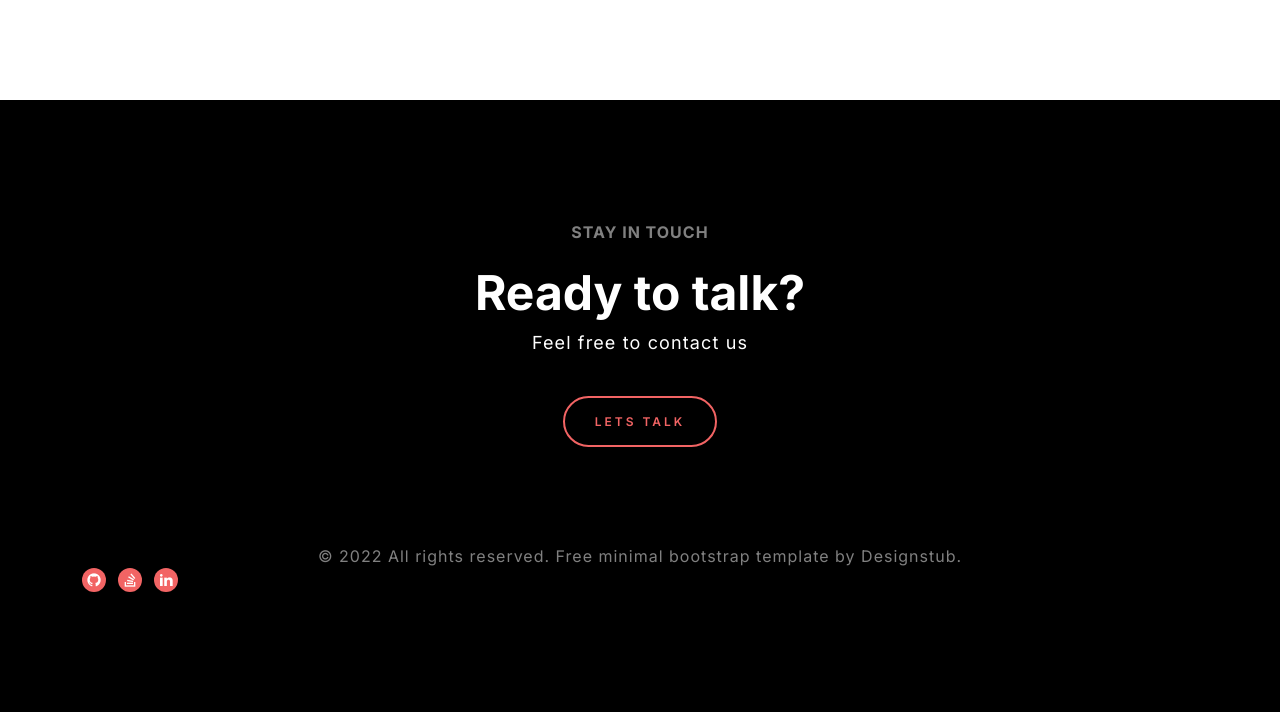
Repository: lxcxcxlxmb/portfolio
Page: index.html
An editor plug-in stored every save of this project. The page is shown before and after the next save, followed by the edit.
The browser window is 1280 px wide. The pictures show the part of the page from y = 3246 to 3958 px (the page is 3958 px tall).
A picture or video elsewhere on the page could not be fetched, so the positions and the page height are approximate.

Above is the page before, as saved 2022-05-24 19:55:21.

### index.html

<!doctype html>
<html lang="en">
  <head>
    <!-- Required meta tags -->
    <meta charset="utf-8">
    <meta name="viewport" content="width=device-width, initial-scale=1">
      <!-- Google Fots -->
     <link rel="preconnect" href="https://fonts.googleapis.com">
    <link rel="preconnect" href="https://fonts.gstatic.com" crossorigin>
    <link href="https://fonts.googleapis.com/css2?family=Inter:wght@100;200;300;400;500;600;700;800;900&display=swap" rel="stylesheet">
      <!-- Remixicon Icon -->
      <link href="https://cdn.jsdelivr.net/npm/remixicon@2.5.0/fonts/remixicon.css" rel="stylesheet">
      <!-- Remixicon Icon -->
      <!-- Bootstrap CSS -->
      <link href="https://cdn.jsdelivr.net/npm/bootstrap@5.0.2/dist/css/bootstrap.min.css" rel="stylesheet" integrity="sha384-EVSTQN3/azprG1Anm3QDgpJLIm9Nao0Yz1ztcQTwFspd3yD65VohhpuuCOmLASjC" crossorigin="anonymous">
      <link href="https://unpkg.com/aos@2.3.1/dist/aos.css" rel="stylesheet">
      <!-- Main CSS -->
      <link href="styles.css" rel="stylesheet">


    <title>Defolio - Bootstrap 5 html resume template </title>
  </head>
  <body>

    <!-- header -->
    <header class="ds-header" id="site-header">
        <div class="container">
            <div class="ds-header-inner">
              <!-- logo -->
              <a href="index.html" class="ds-logo">
                <span>L</span>Luca Colombo
              </a>
              <!-- logo -->
              <!-- social -->
              <ul class="ds-social">
                <li><a href="#" target="_blank"><i class="ri-github-fill"></i></a></li>
                <li><a href="#" target="_blank"><i class="ri-stack-overflow-line"></i></a></li>
                <li><a href="#" target="_blank"><i class="ri-linkedin-fill"></i></a></li>
              </ul>
              <!-- social -->
            </div>
        </div>
    </header>
    <!-- header -->
    <!-- banner -->
    <div class="ds-banner">
      <div class="container">
        <div class="row">
          <div class="col-12 col-sm-12 col-md-5 col-lg-5 col-xl-5 col-xxl-5">
            <figure>
              <img src="assets/images/profile-image.jpg">
            </figure>
          </div>
          <div class="col-12 col-sm-12 col-md-7 col-lg-7 col-xl-7 col-xxl-7">
            <section>
                <h1>
                  <span>HI THERE</span>
                  I’m Jason Stroff <br> UI/UX DESIGNER + DEVELOPER based in Florida.
                </h1>
                <ul class="ds-numbervalulist">
                  <li>
                    <strong>6+</strong>
                    <span>Experience</span>
                  </li>
                  <li>
                    <strong>2,3</strong>
                    <span>Projects</span>
                  </li>
                  <li>
                    <strong>0</strong>
                    <span>Clientes felizes (por enquanto)</span>
                  </li>
                </ul>
            </section>
          </div>
        </div>
      </div>
    </div>
    <!-- banner -->

    <!-- about -->
    <div class="ds-about-section">
      <div class="container">
        <section>
            <h2 class="ds-heading">About Me</h2>
            <p>Lorem ipsum dolor sit amet, consectetur adipiscing elit. Duis interdum ante a porta blandit. Quisque velit tortor, ultricies in quam ut, luctus convallis metus. Nunc vitae felis rutrum, mattis justo quis, bibendum tellus. Integer bibendum eget dolor nec venenatis. Aliquam erat volutpat. Etiam et est vitae turpis accumsan vulputate. Curabitur et vehicula nisl, eu congue dolor. Vivamus nec hendrerit mi Nulla consequat tempor.</p>
            <div class="ds-button-sec text-center">
                <a href="#" class="ds-button">Download Resume</a>
            </div>
        </section>
      </div>
    </div>
    <!-- about -->

    <!--  Skills -->
    <div class="ds-skills-section">
      <div class="container">
        <div class="row">
          <div class="col-12 col-sm-12 col-md-6 col-lg-6 col-xl-6 col-xxl-6">
             <h2 class="ds-heading">Core Skills</h2>
             <ul class="ds-skills-list">
               <li>Github</li>
               <li>HTML</li>
             </ul>
          </div>
          <div class="col-12 col-sm-12 col-md-6 col-lg-6 col-xl-6 col-xxl-6">
            <h2 class="ds-heading">Other Skills</h2>
            <ul class="ds-skills-list">
              <li>Responsive Web Design</li>
            </ul>
          </div>
        </div>
      </div>
    </div>
    <!--  Skills -->

   <!-- Experience -->
   <div class="ds-experience-section">
     <div class="container">
        <h2 class="ds-heading">Work Experience</h2>
        <div class="row ds-experience-list">
            <div class="col-12 col-sm-12 col-md-6 col-lg-6 col-xl-6 col-xxl-6">
              <section>
                <span class="ds-year">2019 - Present</span>
                <h3 class="ds-officename">Matrix Media Inc</h3>
                <span class="ds-department">Full Stack developer</span>
                <p>Lorem ipsum dolor sit amet, consectetur adipiscing elit. Duis quis sem maximus, ornare metus ut, congue enim. Sed fermentum.</p>
                <ul>
                  <li>Lorem ipsum dolor sit amet, consectetur adipiscing elit. Duis quis sem maximus, ornare metus ut.</li>
                  <li>Lorem ipsum dolor sit amet, consectetur adipiscing elit.</li>
                </ul>
              </section>
            </div>
            <div class="col-12 col-sm-12 col-md-6 col-lg-6 col-xl-6 col-xxl-6">
              <section>
                <span class="ds-year">2018 - 2019</span>
                <h3 class="ds-officename">Lexind</h3>
                <span class="ds-department">Senior app developer</span>
                <p>Lorem ipsum dolor sit amet, consectetur adipiscing elit. Duis quis sem maximus, ornare metus ut, congue enim. Sed fermentum.</p>
                <ul>
                  <li>Lorem ipsum dolor sit amet, consectetur adipiscing elit. Duis quis sem maximus, ornare metus ut.</li>
                  <li>Lorem ipsum dolor sit amet, consectetur adipiscing elit.</li>
                  <li>Lorem ipsum dolor sit amet, consectetur adipiscing elit. Duis quis sem maximus, ornare metus ut.</li>
                </ul>
              </section>
            </div>
        </div>
     </div>
   </div>
    <!-- Experience -->

   <!--  Work -->
   <div class="ds-work-section">
     <div class="container">
          <h2 class="ds-heading">Latest works</h2>
          <div class="ds-work-list-section">
            <div class="ds-work-list">
              <div class="row">
                  <div class="col-12 col-sm-12 col-md-7 col-lg-7 col-xl-7 col-xxl-7">
                      <section>
                          <h3 class="ds-work-tilte">Tripy mobile app</h3>
                          <p>Lorem ipsum dolor sit amet, consectetur adipiscing elit. Duis quis sem maximus, ornare metus ut, congue enim. Sed fermentum nulla tellus, quis efficitur mauris tristique efficitur. Aliquam rhoncus sem sed ullamcorper venenatis. Aenean malesuada eu orci non sodales. </p>
                          <a href="works-setails.html" class="ds-button">Details</a>
                      </section>
                  </div>
                  <div class="col-12 col-sm-12 col-md-5 col-lg-5 col-xl-5 col-xxl-5">
                      <figure><img src="assets/images/work-1.jpg"></figure>
                  </div>
              </div>
            </div>
            <div class="ds-work-list">
              <div class="row">
                  <div class="col-12 col-sm-12 col-md-7 col-lg-7 col-xl-7 col-xxl-7">
                      <section>
                          <h3 class="ds-work-tilte">Hello mobile app</h3>
                          <p>Lorem ipsum dolor sit amet, consectetur adipiscing elit. Duis quis sem maximus, ornare metus ut, congue enim. Sed fermentum nulla tellus, quis efficitur mauris tristique efficitur. Aliquam rhoncus sem sed ullamcorper venenatis. Aenean malesuada eu orci non sodales. </p>
                          <a href="works-setails.html" class="ds-button">Details</a>
                      </section>
                  </div>
                  <div class="col-12 col-sm-12 col-md-5 col-lg-5 col-xl-5 col-xxl-5">
                      <figure><img src="assets/images/work-2.jpg"></figure>
                  </div>
              </div>
            </div>
            <div class="ds-work-list">
              <div class="row">
                  <div class="col-12 col-sm-12 col-md-7 col-lg-7 col-xl-7 col-xxl-7">
                      <section>
                          <h3 class="ds-work-tilte">Cute cookies app</h3>
                          <p>Lorem ipsum dolor sit amet, consectetur adipiscing elit. Duis quis sem maximus, ornare metus ut, congue enim. Sed fermentum nulla tellus, quis efficitur mauris tristique efficitur. Aliquam rhoncus sem sed ullamcorper venenatis. Aenean malesuada eu orci non sodales. </p>
                          <a href="works-setails.html" class="ds-button">Details</a>
                      </section>
                  </div>
                  <div class="col-12 col-sm-12 col-md-5 col-lg-5 col-xl-5 col-xxl-5">
                       <figure><img src="assets/images/work-3.jpg"></figure>
                  </div>
              </div>
            </div>
          </div>
     </div>
   </div>
   <!--  Work -->

   <!--  footer -->
   <footer class="ds-footer text-center">
     <div class="container">
        <section>
          <span>Stay in touch</span>
          <h4>Ready to talk?</h4>
          <p>Feel free to contact us</p>
          <a href="mailto:test@test.com" class="ds-button">Lets Talk</a>
        </section>
        <span class="ds-copyright">© 2022 All rights reserved. Free minimal bootstrap template by <a href="https://designstub.com/" target="_blank">Designstub</a>.</span>
        <ul class="ds-social">
          <li><a href="#" target="_blank"><i class="ri-github-fill"></i></a></li>
          <li><a href="#" target="_blank"><i class="ri-stack-overflow-line"></i></a></li>
          <li><a href="#" target="_blank"><i class="ri-linkedin-fill"></i></a></li>
        </ul>
     </div>
   </footer>

  </body>
</html>

### styles.css
/*
Theme Name: Jason Stroff

  1. >>> Headr Style
  2. >>> Banner Style
  3. >>> About Style
  4. >>> Skills Style
  5. >>> Experience Style
  6. >>> Work Style
  7. >>> Footer Style

*/
/*--------------------------------------------------------------
>>> TABLE OF CONTENTS:
----------------------------------------------------------------*/
html {font-family: 'Inter', sans-serif;background-color:#FFF}
body {font-family: 'Inter', sans-serif;overflow-x: hidden; background-color:#FFF; font-weight:400;font-style: normal; color:#373737; font-size:14px}
a,a:hover,a:focus,i,input,button,input:focus,.transition {text-decoration: none;outline: none;transition-delay: 0s;transition-duration: 0.4s;transition-property: all;transition-timing-function: ease;box-shadow: none;}
a{color: #000}
iframe {border: 0;outline: none;}
::-moz-selection {background:#000;text-shadow: none;color:#FFF}
::selection {background:#000;text-shadow: none;color:#FFF}
img {max-width: 100%;border: none;outline: none;height: auto;}
input,textarea {border-radius: 0;resize: none;}
ul {padding: 0;margin: 0;}
@font-face {
font-family: 'Inter', sans-serif;}
input:-webkit-autofill, textarea:-webkit-autofill, select:-webkit-autofill {background-color: transparent;background-image: none;color:#000;}
/* 1.2 Typography */
h1,h2,h3,h4,h5,h6 {font-family: 'Inter', sans-serif;}
figure{ margin: 0 }
svg,img { max-width: 100%; height: auto; }

/*-----------------------------------------------------------------
  1. >>> Headr Style
----------------------------------------------------------------*/
.ds-header{ position: fixed; top: 0; width: 100%; z-index: 5; background-color: #FFF; padding: 70px 0;transition-delay: 0s;transition-duration: 0.4s;transition-property: all;transition-timing-function: ease; }
.ds-header.ds-fixed-header{ padding:20px 0;box-shadow: 0px 0px 20px rgba(0, 0, 0, 0.25); }
.ds-header-inner{ display: flex; justify-content: space-between; align-items: center; }
.ds-logo{ text-transform: uppercase; font-size: 18px; letter-spacing: 3px; color: #000; display: flex; align-items: center; }
.ds-logo span{ display:flex; align-items: center; justify-content: center; width: 40px; height: 40px; background-color: #000; border-radius: 4px; color: #FFF; font-size: 22px; font-weight: 600; text-align: center; margin-right: 12px; }
.ds-logo:hover{ color: #000; }

.ds-social{ list-style: none; display: flex; align-items: center; flex-wrap: wrap; }
.ds-social li{ margin-left: 12px; }
.ds-social li:first-child{ margin-left: 0; }
.ds-social li a{ border-radius: 100%; color: #FFF; width: 24px; height: 24px; background-color: #F26464; display:flex; justify-content: center; align-items: center; text-align: center; font-size: 16px; }
.ds-social li a:hover{ background-color: #000; color: #FFF; }
/*-----------------------------------------------------------------
  2. >>> Banner Style
----------------------------------------------------------------*/
.ds-banner section{ padding-left: 70px; padding-right: 100px; }
.ds-banner section h1 span{ display: block; text-transform: uppercase; letter-spacing: 1px;  font-weight: 500; font-size: 16px; padding-bottom: 30px; }
.ds-banner section h1{ font-weight: 600; font-size: 48px; line-height: 60px; color: #000; }
.ds-numbervalulist{ list-style: none; display: flex; align-items: center; flex-wrap: wrap; margin: 0; padding: 0; margin-top: 60px; }
.ds-numbervalulist li{ margin-right: 60px; }
.ds-numbervalulist li:last-child{ margin-right: 0; }
.ds-numbervalulist strong{ display: block; color: #F26464; font-size: 36px; font-weight: 800; }
.ds-numbervalulist span{ font-size: 16px; letter-spacing: 1px; }
/*-----------------------------------------------------------------
  3. >>> About Style
----------------------------------------------------------------*/
.ds-about-section{ padding-top: 60px; padding-bottom: 120px; }
.ds-heading{ display: inline-block; font-weight: 700; color: #000; text-transform: uppercase; letter-spacing: 1px; font-size: 16px; border-bottom: 3px solid #F26464; padding-bottom: 7px; margin-bottom: 23px; }
.ds-about-section p{ color: #373737; font-size: 24px; line-height: 40px; font-weight: 300; margin-bottom: 60px; }

.ds-button{ display: inline-block; text-transform: uppercase;font-size: 12px;line-height: 13px;font-weight: 600;letter-spacing: 3px; color:#F26464; padding:17px 30px;  border: 2px solid #F26464;border-radius: 60px; }
.ds-button:hover{ background-color:#F26464 ; color: #FFF; }
.ds-arrow-button i{ display: inline-block; vertical-align: middle; }
/*-----------------------------------------------------------------
  4. >>> Skills Style
----------------------------------------------------------------*/
.ds-skills-section{ padding-bottom: 105px; }
.ds-skills-list{ list-style: none; padding: 0; margin: 0; display: flex; flex-wrap: wrap; align-items: center; margin-top: 11px; }
.ds-skills-list li{ display: inline-block; color: #373737; font-size: 16px; padding:10px 20px; background-color: #FFF; border: 1px solid #D7D7D7;
  border-radius: 27px; margin-right: 15px; margin-bottom: 15px;  font-weight: 500;}

/*-----------------------------------------------------------------
  5. >>> Experience Style
----------------------------------------------------------------*/
.ds-experience-section{ padding-bottom: 120px; }
.ds-experience-list section{ padding-right: 70px; }
.ds-experience-list{ padding-top: 15px; }
.ds-officename{ font-size: 24px; font-weight: 300; margin-bottom:10px; }
.ds-experience-list span{ display: block; }
span.ds-year{ color: #373737; font-size: 14px; font-weight: 700; padding-bottom: 10px; }
span.ds-department{ color: #373737; font-weight: 500; font-size: 18px; padding-bottom: 30px; }
.ds-experience-list p{ font-size: 16px; line-height: 24px; font-weight: 300; }
.ds-experience-list ul{ list-style: none; padding: 0; margin: 0; padding-top: 10px; }
.ds-experience-list ul li{font-size: 16px; line-height: 24px; font-weight: 300; padding-left: 28px; position:relative; margin-bottom: 20px;}
.ds-experience-list ul li:before{ content: ""; position: absolute; left: 0; top: 10px; border-radius: 100%; width: 8px; height: 8px; background-color: #373737; }
/*-----------------------------------------------------------------
  6. >>> Work Style
----------------------------------------------------------------*/
.ds-work-section{ padding-bottom: 80px; }
.ds-work-list{ padding-left: 70px; padding-top:40px; padding-right: 70px; background-color:#F6F8FA; margin-bottom: 40px; }
.ds-work-list section{ padding-top: 20px; padding-right: 120px; }
.ds-work-tilte{ color: #000; font-size: 30px; line-height: 36px; font-weight: 600; margin-bottom: 30px; }
.ds-work-list p{ font-weight: 300; font-size: 18px; line-height: 30px; }
.ds-work-list .ds-button{ margin-top: 20px; }

.ds-work-det-hed{ padding-top: 42px; padding-bottom: 80px; }
.ds-work-det-title{ font-weight: 600; color:#000; font-size: 48px; margin-bottom: 20px; }
.ds-work-det-dep{ display:block;font-weight: 600; color: #000; font-size: 18px; }
.ds-work-content-sec{ padding: 100px 0; }
.ds-work-content-sec p{ font-size: 18px; line-height: 36px; margin-bottom: 30px; }
.ds-work-content-sec h2{ font-size: 30px; font-weight: 700; margin-bottom: 30px; }
.ds-work-content-sec ul{ list-style: none; padding: 0; margin: 0; }
.ds-work-content-sec li{font-size: 18px; line-height: 36px;  padding-left: 28px; position:relative; margin-bottom: 20px;}
.ds-work-content-sec li:before{ content: ""; position: absolute; left: 0; top: 13px; border-radius: 100%; width: 8px; height: 8px; background-color: #373737; }
/*-----------------------------------------------------------------
  7. >>> Footer Style
----------------------------------------------------------------*/
.ds-footer{ background-color: #000; padding: 120px 0; }
.ds-footer section { padding-bottom: 97px; }
.ds-footer section span{ color: rgba(255,255,255,0.5); text-transform: uppercase; font-weight: 700; font-size: 16px; letter-spacing: 1px; display: block; padding-bottom: 20px; }
.ds-footer section  h4{ color: #FFF; font-size: 48px; font-weight: 700; }
.ds-footer section p{ letter-spacing: 1.13px; color: #FFF; font-size: 18px; margin-bottom: 40px; }
.ds-copyright{ color: rgba(255,255,255,0.5); letter-spacing: 1px; font-size: 16px; }
.ds-copyright a{color: rgba(255,255,255,0.5);}
.ds-copyright a:hover{ color: #F26464; }



/*-------------------------------------------------------------------------------
 Responsive XS Style @media (max-width: 767px)
-------------------------------------------------------------------------------*/
@media (max-width: 768px) {
	.ds-header,.ds-header.ds-fixed-header{ padding: 15px 0; }
	.ds-banner,.ds-about-section,.ds-skills-section,.ds-experience-section,.ds-work-section,.ds-work-details-section{ padding-left: 10px; padding-right: 10px; }
	.ds-logo{ font-size: 0; }
	.ds-banner figure{ padding: 30px 0; }
	.ds-banner section{ padding-left: 0;padding-right: 0; }
	.ds-banner section h1 span{ padding-bottom: 0; }
	.ds-banner section h1,.ds-work-det-title{ font-size: 30px; line-height: 40px; }
	.ds-numbervalulist{ margin-top: 20px; }
	.ds-numbervalulist li{ margin-right: 30px; }
	.ds-numbervalulist strong{ font-size: 30px; }
	.ds-numbervalulist span{ font-size: 14px; }
	.ds-about-section{ padding-bottom: 60px; }
	.ds-about-section p,.ds-work-content-sec p,.ds-work-content-sec li{ font-size: 15px; line-height: 30px;margin-bottom: 30px; }
	.ds-skills-list li{ margin-right: 10px; margin-bottom: 10px; font-size: 14px; }
	.ds-skills-section .col-12,.ds-experience-list .col-12{ margin-bottom: 40px; }
	.ds-skills-section,.ds-work-section, .ds-experience-section{ padding-bottom: 0; }
	.ds-experience-list section{ padding-right: 0; }
	.ds-work-list{ padding: 30px; }
	.ds-work-list p{font-size: 15px; line-height: 30px;}
	.ds-footer{ padding: 60px 10px; }
	.ds-footer section h4{ font-size: 40px; }
	.ds-copyright{ font-size: 14px; }
	.ds-footer section{ padding-bottom: 30px; }
	.ds-button{ padding: 11px 10px; }
	.ds-work-details-section{ padding-top: 30px; }
	.ds-work-det-title{ margin-bottom: 7px; }
	.ds-work-content-sec h2{ font-size: 20px; }
	.ds-work-content-sec{ padding: 30px 0; }
	.ds-work-list section{ padding-right: 0; padding-bottom: 30px; }
}


@media (min-width: 768px) and (max-width: 991px) {
	.ds-work-list section{ padding-right: 30px; }

}

@media (min-width: 992px) and (max-width: 1199px) {
	.ds-banner section{ padding-right: 0; }
	.ds-work-list section{ padding-right: 30px; padding-bottom:60px; }


}

After the next save:
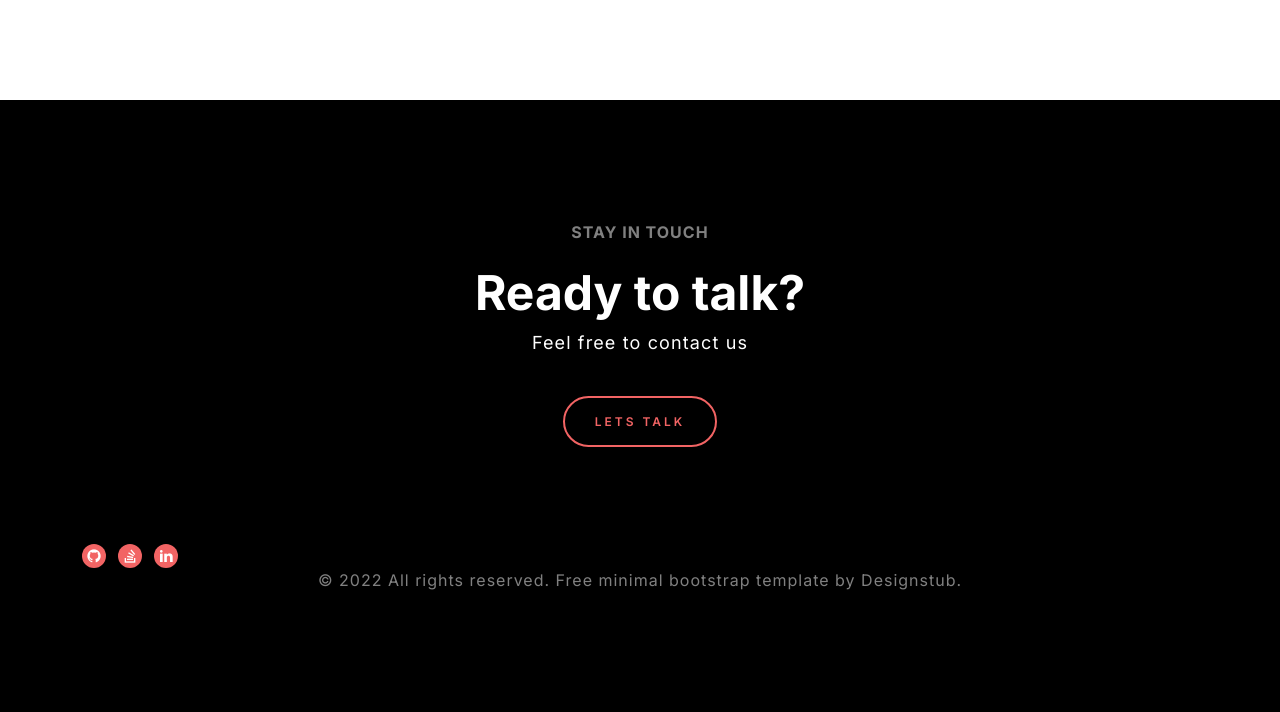
Saved 53 s later.
--- a/index.html
+++ b/index.html
@@ -211,12 +211,12 @@
           <p>Feel free to contact us</p>
           <a href="mailto:test@test.com" class="ds-button">Lets Talk</a>
         </section>
-        <span class="ds-copyright">© 2022 All rights reserved. Free minimal bootstrap template by <a href="https://designstub.com/" target="_blank">Designstub</a>.</span>
         <ul class="ds-social">
           <li><a href="#" target="_blank"><i class="ri-github-fill"></i></a></li>
           <li><a href="#" target="_blank"><i class="ri-stack-overflow-line"></i></a></li>
           <li><a href="#" target="_blank"><i class="ri-linkedin-fill"></i></a></li>
         </ul>
+        <span class="ds-copyright">© 2022 All rights reserved. Free minimal bootstrap template by <a href="https://designstub.com/" target="_blank">Designstub</a>.</span>
      </div>
    </footer>
 
